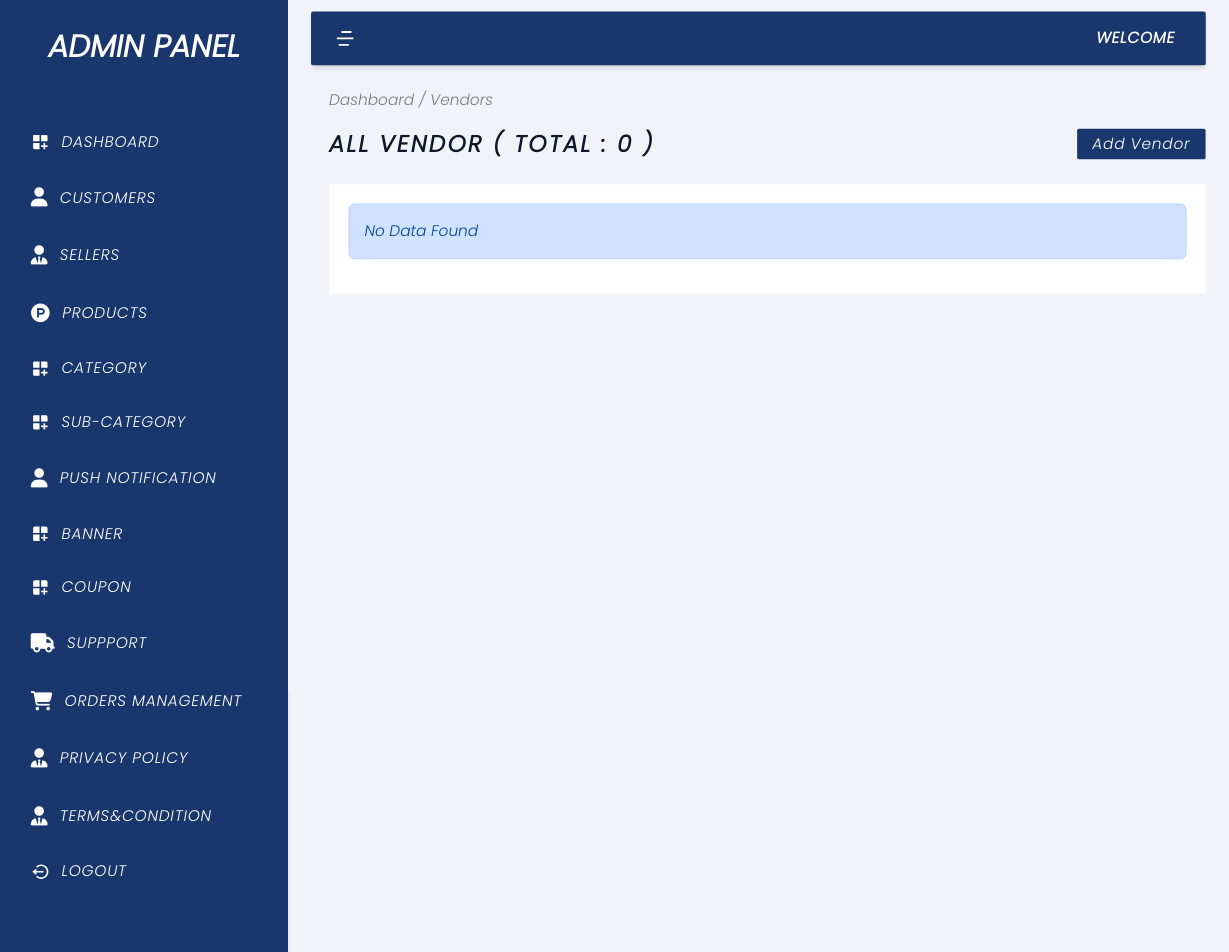
Repository: shishpal2000/admin.aschpro
Page: /VendorList
The author's editor kept a copy of each file at every save. The page is drawn from the files as they stood at one save, then again after a run of saves.
The browser window is 1280 px wide. The pictures show the whole page, at 96% of full size.
Some web libraries are served in a nearby version. The project was rebuilt for these pictures with package versions that can differ from the ones it lists, and the page was loaded fresh each time. Also part of the build but not shown: src/E-CommerceAdmin/forms/Login.jsx, src/E-CommerceAdmin/pages/Dashboard.jsx, src/E-CommerceAdmin/pages/ECategory.js, src/E-CommerceAdmin/pages/EProduct.js, src/E-CommerceAdmin/pages/EAdminOrders.js, src/E-CommerceAdmin/pages/EAdminDelivery.js, src/E-CommerceAdmin/pages/EAdminCustomer.js, src/E-CommerceAdmin/pages/ESubCategory.js and 5 more. Imported but missing from the stored project, and not drawn on this page: src/E-CommerceAdmin/pages/Complaints, src/E-CommerceAdmin/pages/Component/SpinnerComp, src/E-CommerceAdmin/pages/EAdmin, src/E-CommerceAdmin/pages/EAdminProduct, src/E-CommerceAdmin/pages/ESingleProduct, src/E-CommerceAdmin/pages/GetMeThis, src/E-CommerceAdmin/pages/HelpSupport.

Above is the page before, as saved 2023-06-28 14:56:56.

### public/index.html
<!-- @format -->

<!DOCTYPE html>
<html lang="en">
  <head>
    <meta charset="utf-8" />
    <meta name="viewport" content="width=device-width, initial-scale=1" />
    <meta name="theme-color" content="#000000" />
    <meta
      name="description"
      content="Web site created using create-react-app"
    />
    <link rel="icon" href="%PUBLIC_URL%/favicon.png" />
    <link rel="manifest" href="%PUBLIC_URL%/manifest.json" />
    <link rel="preconnect" href="https://fonts.googleapis.com">
<link rel="preconnect" href="https://fonts.gstatic.com" crossorigin>
<link href="https://fonts.googleapis.com/css2?family=Roboto+Mono:ital,wght@1,300&display=swap" rel="stylesheet">
    <title>Subharambh</title>
  </head>
  <body>
    <noscript>You need to enable JavaScript to run this app.</noscript>
    <div id="root"></div>
    <script src="https://code.jquery.com/jquery-3.6.0.min.js"></script>
    <script src="https://kit.fontawesome.com/b533b351e4.js" crossorigin="anonymous"></script>
    <script type="module" src="https://unpkg.com/ionicons@7.1.0/dist/ionicons/ionicons.esm.js"></script>
<script nomodule src="https://unpkg.com/ionicons@7.1.0/dist/ionicons/ionicons.js"></script>
  </body>
</html>

### src/index.js
import React from "react";
import ReactDOM from "react-dom/client";
import "./index.css";
import App from "./App";
import { BrowserRouter } from "react-router-dom";
import 'bootstrap/dist/css/bootstrap.min.css'

const root = ReactDOM.createRoot(document.getElementById("root"));
root.render(
  <React.StrictMode>
    <BrowserRouter>
      <App />
    </BrowserRouter>
  </React.StrictMode>
);

### src/index.css
/** @format */

@tailwind base;
@tailwind components;
@tailwind utilities;

@import url("https://fonts.googleapis.com/css2?family=Roboto+Mono:ital,wght@1,300&display=swap");
@font-face {
  font-family: Roboto;
  src: url("./Fonts/Poppins-LightItalic.ttf");
}

body {
  margin: 0;
  font-family: Roboto !important;
  -webkit-font-smoothing: antialiased;
  -moz-osx-font-smoothing: grayscale;
}

code {
  font-family: Roboto !important;
}

html {
  font-family: Roboto !important;
}

::-webkit-scrollbar {
  width: 10px;
}
.fa-trash {
  color: red;
  cursor: pointer;
}

.iCOn {
  transition: 0.5s;
  box-shadow: none;
  transform: scale(1);
}
.cardDiv {
  cursor: pointer;
}

.cardDiv:hover .iCOn {
  box-shadow: rgba(0, 0, 0, 0.35) 0px 5px 15px;
  transform: scale(1.3);
}

/* Track */
::-webkit-scrollbar-track {
  background: #f1f1f1;
}

/* Handle */
::-webkit-scrollbar-thumb {
  background: #888;
}

/* Handle on hover */
::-webkit-scrollbar-thumb:hover {
  background: #555;
}
.profileImage {
  width: 100px;
}
.fa-eye {
  color: #029aff;
  cursor: pointer;
}
.fa-edit {
  cursor: pointer;
  color: blue;
}

.View {
  border: 1px solid black;
  width: 100%;
  padding: 10px;
}

.main-card--container {
  display: grid;
  grid-template-columns: repeat(3, minmax(300px, 500px));
  grid-gap: 50px;
  justify-content: space-around;
}
.card-container {
  margin: 25px 0 auto;
  box-shadow: rgba(0, 0, 0, 0.35) 0px 5px 15px;
  position: relative;
  display: grid;
  grid-template-columns: 1fr;
  justify-content: space-around;
  align-items: flex-start;
}

.myEdit:focus {
  box-shadow: rgba(0, 0, 0, 0.35) 0px 5px 15px;
}

.AstroLogin {
  color: #fff;
  background-color: #2b7a8e;
  padding: 10px;
  width: 380px;
  text-align: center;
  font-size: 20px;
  background: linear-gradient(to left, #2b7a8e 50%, #fff 50%) right;
  background-size: 200%;
  transition: 0.5s ease-out;
  border: 1px solid #2b7a8e;
  margin-top: 10px;
  text-transform: uppercase;
}
.AstroLogin:hover {
  background-position: left;
  color: #2b7a8e;
}

.EcommerceAdminLogin {
  color: #fff;
  background-color: #19376d;
  padding: 10px;
  width: 380px;
  text-align: center;
  font-size: 20px;
  background: linear-gradient(to left, #19376d 50%, #fff 50%) right;
  background-size: 200%;
  transition: 0.5s ease-out;
  border: 1px solid #19376d;
  margin-top: 10px;
  text-transform: uppercase;
}

.EcommerceAdminLogin:hover {
  background-position: left;
  color: #19376d;
}
.EcommerceVendorLogin {
  color: #fff;
  background-color: #576cbc;
  padding: 10px;
  width: 380px;
  text-align: center;
  font-size: 20px;
  background: linear-gradient(to left, #576cbc 50%, #fff 50%) right;
  background-size: 200%;
  transition: 0.5s ease-out;
  border: 1px solid #576cbc;
  margin-top: 10px;
  text-transform: uppercase;
}

.EcommerceVendorLogin:hover {
  background-position: left;
  color: #576cbc;
}

.view {
  background-color: #2196f3;
  color: #fff;
  width: 50%;
  padding: 5px;
}

.two-sec {
  display: flex;
  justify-content: space-evenly;
  justify-content: space-evenly;
}
.two-sec .left {
  width: 60%;
  background-color: #f6f1ef;
  padding: 20px;
}
.two-sec .left .head {
  font-size: 25px;
  font-weight: bold;
}

.two-sec .right {
  width: 30%;
  background-color: #f6f1ef;
}

.searchDiv {
  width: 100%;
  display: flex;
  gap: 10px;
  border: 1px solid rgb(179, 179, 179);
  padding: 10px;
  margin-bottom: 20px;
  align-items: center;
}
.searchDiv input {
  width: 94%;
  outline: none;
  border: none;
}

.flexCont {
  display: flex;
  align-items: center;
  gap: 10px;
}
.flexCont img {
  width: 60px;
  background-color: #e9ecef;
}

.blockContent {
  display: block;
}
.blockContent p {
  margin: 0;
}

.checkBox {
  width: 50px;
  height: 25px;
  background-color: #e9ecef;
  border-radius: 50px;
  position: relative;
  cursor: pointer;
}
.checkBox span {
  width: 20px;
  height: 20px;
  border-radius: 100%;
  background-color: #fff;
  position: absolute;
  left: 5px;
  top: 2px;
}
.ActivecheckBox {
  width: 50px;
  height: 25px;
  background-color: #0d6efd;
  border-radius: 50px;
  position: relative;
  cursor: pointer;
}
.ActivecheckBox span {
  width: 20px;
  height: 20px;
  border-radius: 100%;
  background-color: #fff;
  position: absolute;
  right: 5px;
  top: 2px;
}

.fa-eye {
  color: #0cba73;
  background-color: #d6f8e8;
  width: 40px;
  text-align: center;
  height: 40px;
  display: flex;
  border-radius: 100%;
  justify-content: center;
  padding-top: 10px;
  transition: 0.5s;
}

.fa-pen-to-square {
  color: #f4c39c;
  background-color: #ffebdb;
  width: 40px;
  text-align: center;
  height: 40px;
  display: flex;
  border-radius: 100%;
  justify-content: center;
  padding-top: 10px;
  cursor: pointer;
  transition: 0.5s;
}
.fa-trash {
  color: #df939f;
  background-color: #ffe1e8;
  width: 40px;
  text-align: center;
  height: 40px;
  display: flex;
  border-radius: 100%;
  justify-content: center;
  padding-top: 10px;
  cursor: pointer;
  transition: 0.5s;
}
.fa-trash:hover {
  transform: scale(1.2);
}
.fa-eye:hover {
  transform: scale(1.2);
}
.fa-pen-to-square:hover {
  transform: scale(1.2);
}
.required {
  color: #e74260;
}

.headP {
  margin-left: 2%;
  color: #7b7c7d;
}
.filterBox {
  display: flex;
  align-items: center;
  gap: 10px;
  border-bottom: 1px solid #d4d7dc;
  padding-bottom: 20px;
  margin-bottom: 20px;
}
.filterBox img {
  width: 30px;
}
.filterBox input {
  width: 100%;
  border: 1px solid #d4d7dc;
  outline: none;
  padding: 5px;
  color: black;
}
.sectionCont {
  width: 98%;
  background-color: #fff;
  margin-left: 2%;
  padding: 20px;
}

.overFlowCont {
  width: 100%;
  overflow-x: auto;
}

.logo {
  width: auto;
  margin-bottom: 20px;
}

.updateProfile {
  margin-left: 20px;
  border: 1px solid #fff;
  border-radius: 100%;
  font-size: 1.2rem;
  padding: 10px;
  transition: 0.5s;
  cursor: pointer;
}
.updateProfile:hover {
  border: 1px solid #19376d;
  color: #19376d;
  background-color: #fff;
}

.Normalbtn {
  background-color: #19376d !important;
  border: 1px solid #19376d !important;
  border-radius: 0px !important;
}

.ImageCarousel {
  width: 150px !important;
  margin: 0px !important;
  height: 150px !important;
}
.CarouselImages {
  width: 150px !important;
  height: 150px !important;
}
.CarouselImages img {
  width: 100% !important;
  height: 100% !important;
}

.ModalCarousel {
  width: 100% !important;
  height: 500px !important;
}
.ModalCarousel {
  width: 100% !important;
  height: 500px !important;
}
.ModalCarousel img {
  width: 100% !important;
  height: 500px !important;
}

.gridCont {
  display: grid;
  grid-template-columns: auto auto auto;
  justify-content: space-evenly;
}
.gridCont div {
  width: 400px;
  height: 300px;
  box-shadow: rgba(0, 0, 0, 0.35) 0px 5px 15px;
  padding: 10px;
  position: relative;
  margin-top: 20px;
}
.gridCont div img {
  width: 100%;
}
.delete-Btn {
  width: 90%;
  margin-left: 2%;
  color: #c44b3f;
  border: 1px solid #c44b3f;
  position: absolute;
  bottom: 10px;
  transition: 0.5s;
  padding: 10px;
}

.delete-Btn:hover {
  background-color: #c44b3f;
  color: #fff;
}

.BannerCarousel {
  width: 300px;
  margin: 0px !important;
}
.BannerCarouselImage {
  width: 300px;
}
.BannerCarouselImage img {
  width: 100%;
}

.pagination {
  display: flex;
  justify-content: center;
  align-items: center;
  gap: 10px;
  margin-bottom: 20px;
}
.pagination button {
  border: 1px solid black;
  padding: 10px;
}

.activePage {
  background-color: #19376d;
  color: #fff;
  border: 1px solid #19376d !important;
}

.active {
  background-color: #fff;
  color: #19376d !important;
}
.prevBtn {
  background-color: #fff;
  color: #19376d;
  border: 1px solid #19376d !important;
  transition: 0.5s;
}

.prevBtn:hover,
.prevBtn:focus,
.prevBtn:active {
  background-color: #19376d;
  color: #fff;
  border: 1px solid #19376d !important;
}
.nextBtn {
  background-color: #fff;
  color: #19376d;
  border: 1px solid #19376d !important;
  transition: 0.5s;
}

.nextBtn:hover,
.nextBtn:focus,
.nextBtn:active {
  background-color: #19376d;
  color: #fff;
  border: 1px solid #19376d !important;
}

.dangerBox {
  position: relative;
}
.dangerBox i {
  position: absolute;
  top: 50%;
  left: 90%;
  transform: translate(-50%, -50%);
  cursor: pointer;
}

### src/E-CommerceAdmin/pages/EVendorList.js
/** @format */
import axios from "axios";
import React, { useEffect, useState } from "react";
import { Alert, Badge, Button, Form, Modal, Table } from "react-bootstrap";
import { toast } from "react-toastify";
import HOC from "../layout/HOC";

const EVendorList = () => {
  const [data, setData] = useState([]);
  const [modalShow, setModalShow] = React.useState(false);

    // Pagination and Filter
    const [query, setQuery] = useState("");
    const [currentPage2, setCurrentPage2] = useState(1);
    const [postPerPage2] = useState(10);
    const lastPostIndex2 = currentPage2 * postPerPage2;
    const firstPostIndex2 = lastPostIndex2 - postPerPage2;

    let pages2 = [];

    const TotolData = query
      ? data?.filter(
          (i) =>
            i?.name?.toLowerCase().includes(query?.toLowerCase()) ||
            i?.email?.toLowerCase().includes(query?.toLowerCase())
        )
      : data;

    useEffect(() => {
      if (query) {
        setCurrentPage2(1);
      }
    }, [query]);

    const slicedData = TotolData?.slice(firstPostIndex2, lastPostIndex2);

    for (let i = 1; i <= Math.ceil(TotolData?.length / postPerPage2); i++) {
      pages2.push(i);
    }

    function Next() {
      setCurrentPage2(currentPage2 + 1);
    }

    function Prev() {
      if (currentPage2 !== 1) {
        setCurrentPage2(currentPage2 - 1);
      }
    }







  return (
    <>


      <p className="headP">Dashboard / Vendors</p>
      <div
        className="pb-4 sticky top-0  w-full flex justify-between items-center"
        style={{ width: "98%", marginLeft: "2%" }}
      >
        <span
          className="tracking-widest text-slate-900 font-semibold uppercase "
          style={{ fontSize: "1.5rem" }}
        >
          All Vendor ( Total : {data?.length} )
        </span>
        <button
          onClick={() => {
            setModalShow(true);
          }}
          className="md:py-2 px-3 md:px-4 py-1 rounded-sm bg-[#19376d] text-white tracking-wider"
        >
          Add Vendor
        </button>
      </div>

      <section className="sectionCont">
        {data?.length === 0 || !data ? (
          <Alert>No Data Found</Alert>
        ) : (
          <>
            <div className="filterBox">
              <img
                src="https://t4.ftcdn.net/jpg/01/41/97/61/360_F_141976137_kQrdYIvfn3e0RT1EWbZOmQciOKLMgCwG.jpg"
                alt=""
              />
              <input
                type="search"
                placeholder="Start typing to search for Customers"
                onChange={(e) => setQuery(e.target.value)}
              />
            </div>

            <div className="overFlowCont">
              <Table>
                <thead>
                  <tr>
                    <th>SNo.</th>
                    <th>Name</th>
                    <th>Email Address</th>
                    <th>Role</th>
                    <th>Phone Number</th>
                    <th>Options</th>
                  </tr>
                </thead>
                <tbody>
                  {slicedData?.map((i, index) => (
                    <tr key={index}>
                      <td>#{index + 1} </td>
                      <td> {i.name} </td>
                      <td> {i.email} </td>
                      <td>
                        <Badge bg="success">{i.role}</Badge>
                      </td>
                      <td> {i.phone} </td>
                      <td>
                        <i
                          className="fa-solid fa-trash"
                          onClick={() => deleteHandler(i._id)}
                        />
                      </td>

                    </tr>
                  ))}
                </tbody>
              </Table>

                {/* Pagination */}
                <div className="pagination">
                <button onClick={() => Prev()} className="prevBtn">
                  <i className="fa-solid fa-backward"></i>
                </button>
                {currentPage2 === 1 ? (
                  ""
                ) : (
                  <button onClick={() => setCurrentPage2(1)}>1</button>
                )}

                {pages2
                  ?.slice(currentPage2 - 1, currentPage2 + 3)
                  .map((i, index) =>
                    i === pages2?.length ? (
                      ""
                    ) : (
                      <button
                        key={index}
                        onClick={() => setCurrentPage2(i)}
                        className={currentPage2 === i ? "activePage" : ""}
                      >
                        {" "}
                        {i}{" "}
                      </button>
                    )
                  )}

                <button onClick={() => setCurrentPage2(pages2?.length)} className={currentPage2 === pages2?.length ? "activePage" : ""} >
                  {" "}
                  {pages2?.length}{" "}
                </button>

                {currentPage2 === pages2?.length ? (
                  ""
                ) : (
                  <button onClick={() => Next()} className="nextBtn">
                    {" "}
                    <i className="fa-sharp fa-solid fa-forward"></i>
                  </button>
                )}
              </div>
            </div>
          </>
        )}
      </section>
    </>
  );
};

export default HOC(EVendorList);

### src/E-CommerceAdmin/layout/HOC.jsx
/** @format */

import React, { useState } from "react";
import Navbar from "./Navbar";
import Sidebar from "./Sidebar";

const HOC = (Wcomponenet) => {
  return function Component() {
    const [hamb, setHamb] = useState(false);
    return (
      <>
        <section
          className="flex overflow-x-hidden relative "
          style={{ backgroundColor: "#f2f3f8" }}
        >
          {/* Sidebar */}
          <div
            className={
              hamb
                ? " absolute top-0 z-30 md:w-auto shadow-md bg-slate-200  w-60 transition-all md:-left-full left duration-150  h-auto overflow-y-auto  left-0 "
                : " md:w-72 z-30 bg-slate-200  shadow-md  md:static absolute top-0 -left-full   transition-all duration-150  overflow-y-auto h-auto"
            }
            style={{ minWidth: "300px" }}
          >
            <Sidebar hamb={hamb} setHamb={setHamb} />
          </div>
          {/* Components & Navbar */}
          <div
            className={
              hamb
                ? " transition-all px-4 py-2  duration-150 w-full h-screen"
                : " w-full h-screen  px-4 py-2   z-50 transition-all duration-150 "
            }
            style={{ backgroundColor: "#f2f3f8" }}
          >
            <Navbar hamb={hamb} setHamb={setHamb} />
            <div className="my-6 text-#000 h-[87%] wcomp overflow-y-auto">
              {" "}
              <Wcomponenet />
            </div>
          </div>
        </section>
      </>
    );
  };
};

export default HOC;

### src/E-CommerceAdmin/layout/Navbar.jsx
/** @format */

import { RiMenu4Line } from "react-icons/ri";

const Navbar = ({ hamb, setHamb }) => {
  const AdminName = localStorage.getItem("AdminName")
  return (
    <>
      <div
        className={
          hamb
            ? "flex  w-full justify-between  my-1 rounded-sm  p-4 py-3 shadow-md items-center  bg-slate-200 space-x-4"
            : "flex  w-full justify-between my-1 rounded-sm  p-4 py-3 shadow-md items-center  bg-slate-200 space-x-4"
        }
        style={{ backgroundColor: "#19376d" }}
      >
        <RiMenu4Line
          onClick={() => setHamb(!hamb)}
          className="text-2xl font-bold text-gray-900 hover:scale-90 cursor-pointer"
          style={{ color: "#fff" }}
        />

        <section className="flex sm:ml-auto justify-end sm:w-full items-center space-x-2  pr-2">
          <figcaption className="tracking-wider pl-1 font-semibold">
            <div
              className="lg:text-base text-sm text-gray-900  uppercase"
              style={{ color: "#fff" }}
            >
              Welcome {AdminName}
            </div>
          </figcaption>
        </section>
      </div>
    </>
  );
};

export default Navbar;

### src/E-CommerceAdmin/layout/Sidebar.jsx
/** @format */

import React from "react";
import { RiCloseLine } from "react-icons/ri";
import { Link, useNavigate } from "react-router-dom";
import { BiLogOutCircle } from "react-icons/bi";
import { MdDashboardCustomize } from "react-icons/md";

const Sidebar = ({ hamb, setHamb }) => {
  const navigate = useNavigate();

  const nav = [
    {
      icon: <MdDashboardCustomize className="text-xl mr-3 rounded-full " />,
      link: "/dashboard ",
      name: "Dashboard",
    },

    {
      icon: (
        <i className="fa-solid fa-user text-xl mr-3 rounded-full"></i>
      ),
      link: "/Customer",
      name: "Customers",
    },
    {
      icon: <i className="fa-solid fa-user-tie text-xl mr-3 rounded-full"></i>,
      link: "/VendorList",
      name: "Sellers",
    },
    {
      icon: (
    <i className="fa-brands fa-product-hunt text-xl mr-3 rounded-full"></i>
      ),
      link: "/Product",
      name: "Products",
    },
    {
      icon: <MdDashboardCustomize className="text-xl mr-3 rounded-full " />,
      link: "/Category",
      name: "Category",
    },

    {
      icon: <MdDashboardCustomize className="text-xl mr-3 rounded-full " />,
      link: "/SubCategory",
      name: "Sub-Category",
    },
    {
      icon: <i className="fa-solid fa-user text-xl mr-3 rounded-full"></i>,
      link: "/pushNotification",
      name: "Push Notification",
    },

    {
      icon: <MdDashboardCustomize className="text-xl mr-3 rounded-full " />,
      link: "/banner",
      name: "Banner",
    },
    {
      icon: <MdDashboardCustomize className="text-xl mr-3 rounded-full " />,
      link: "/coupon",
      name: "Coupon",
    },

    {
      icon: <i className="fa-solid fa-truck  text-xl mr-3 rounded-full"></i>,
      link: "/Support",
      name: "Suppport",
    },
    {
      icon: (
        <i className="fa-solid fa-cart-shopping text-xl mr-3 rounded-full"></i>
      ),
      link: "/Orders",
      name: "Orders Management",
    },

    {
      icon: <i className="fa-solid fa-user-tie text-xl mr-3 rounded-full"></i>,
      link: "/privacy",
      name: "Privacy Policy",
    },
    {
      icon: <i className="fa-solid fa-user-tie text-xl mr-3 rounded-full"></i>,
      link: "/terms",
      name: "Terms&Condition",
    }
  ];

  const logOut = () => {
    localStorage.clear()
    navigate("/");
  };

  return (
    <>
      <aside
        className="p-4 h-auto"
        style={{ backgroundColor: "#19376d", minHeight: "100vh" }}
      >
        {/* Top */}
        <div className="w-full md:hidden relative  p-2 mb-4">
          <RiCloseLine
            onClick={() => setHamb(!hamb)}
            className="text-3xl  absolute top-2 sm:hover:rotate-[228deg] transition-transform font-bold right-2 sm:hover:text-[22px] text-[rgb(241,146,46)] cursor-pointer"
          />
        </div>{" "}
        <figure className="flex  flex-col items-center">
          <span
            className="font-bold text-[#fff]"
            style={{
              fontSize: "2rem",
              textAlign: "center",
              textTransform: "uppercase",
            }}
          >
            {" "}
            ADMIN PANEL
          </span>
        </figure>
        <nav className="py-6">
          {nav.map((nav) => {
            return (
              <Link
                to={nav.link}
                key={nav.name}
                className=""
                style={{ textDecoration: "none", textTransform: "uppercase" }}
              >
                <span
                  className="flex my-3 items-center cursor-pointer text-gray-900    tracking-wider p-2 rounded-sm"
                  style={{ color: "#FFF" }}
                >
                  {nav.icon} {nav.name}
                </span>
              </Link>
            );
          })}
          <span
            className="flex my-3 items-center cursor-pointer text-gray-900    tracking-wider p-2 rounded-sm"
            onClick={() => logOut()}
            style={{ color: "#FFF", textTransform: "uppercase" }}
          >
            <BiLogOutCircle className="text-xl mr-3 rounded-full " /> LogOut
          </span>
        </nav>
      </aside>
    </>
  );
};

export default Sidebar;

Loaded but not shown: tailwind.config.js (common file); src/App.js (69 lines, source omitted)

After the next 3 saves:
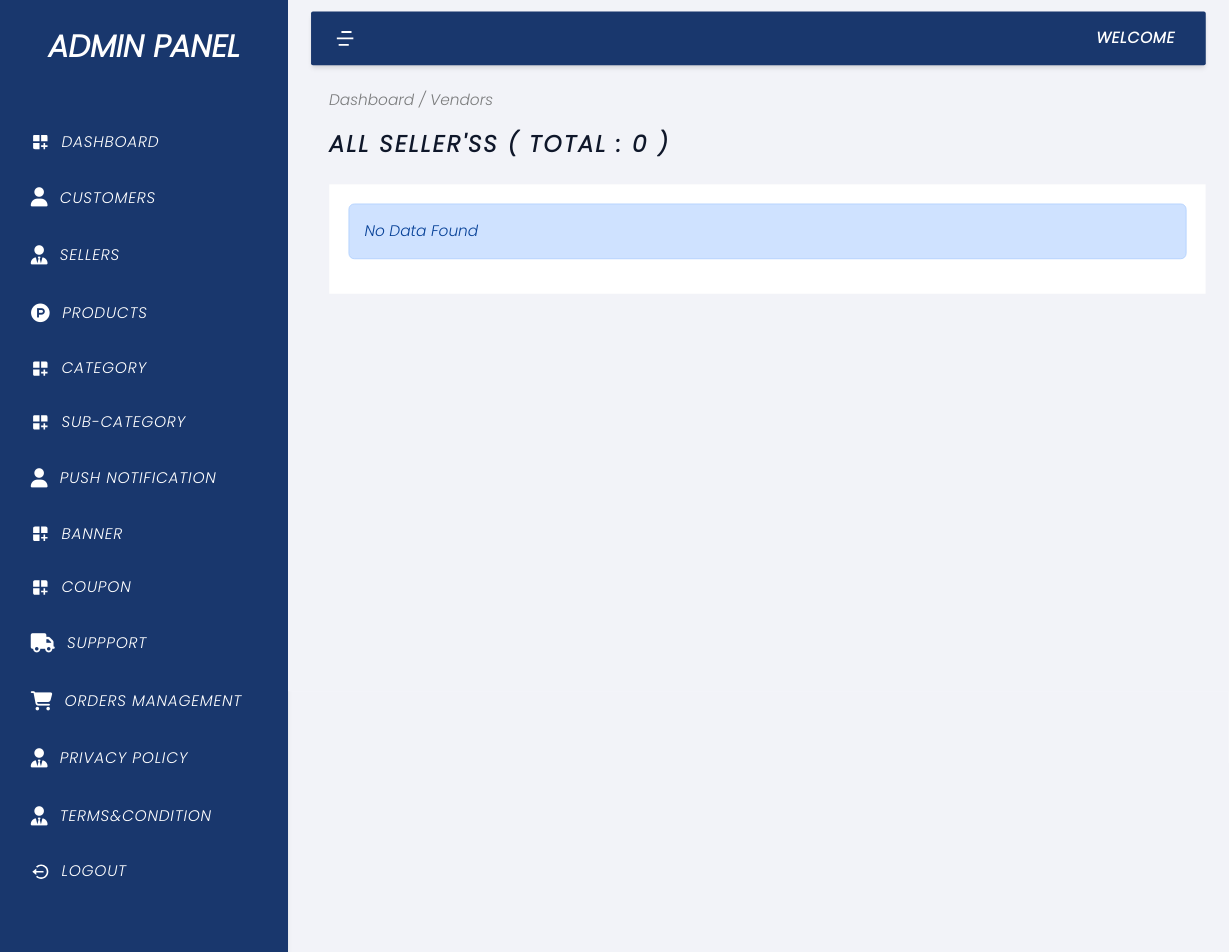
The 3 saves are shown as one change because they came seconds apart.
The last was saved 9 s later.
--- a/src/E-CommerceAdmin/pages/EVendorList.js
+++ b/src/E-CommerceAdmin/pages/EVendorList.js
@@ -67,16 +67,8 @@ const EVendorList = () => {
           className="tracking-widest text-slate-900 font-semibold uppercase "
           style={{ fontSize: "1.5rem" }}
         >
-          All Vendor ( Total : {data?.length} )
+          All Seller'ss ( Total : {data?.length} )
         </span>
-        <button
-          onClick={() => {
-            setModalShow(true);
-          }}
-          className="md:py-2 px-3 md:px-4 py-1 rounded-sm bg-[#19376d] text-white tracking-wider"
-        >
-          Add Vendor
-        </button>
       </div>
 
       <section className="sectionCont">
